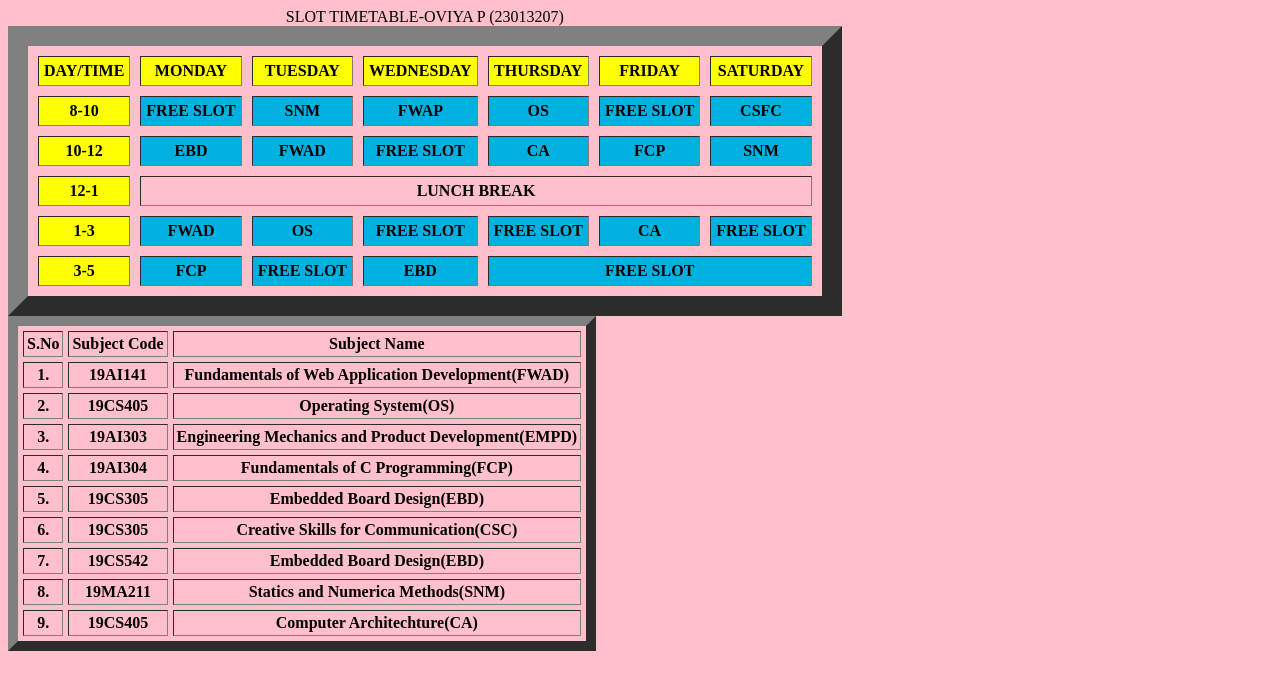
Repository: Oviya24032K6/slot
Page: oviya/static/time.html
An editor plug-in stored every save of this project. The page is shown before and after the next save, followed by the edit.
The browser window is 1280 px wide. The pictures show the whole page.

Above is the page before, as saved 2024-03-13 20:58:20.

### oviya/static/time.html
<html>
    <head>
        <title>SLOT TIMETABLE-OVIYA P (23013207)</title>
    </head>
    <body bgcolor="pink" align="center" >
    <table align="left" border="20" cellspacing="10" cellpadding="5">
    <caption>SLOT TIMETABLE-OVIYA P (23013207)</caption>
        <tr>
            <th bgcolor="yellow">DAY/TIME</th>
            <th bgcolor="yellow">MONDAY</th>
            <th bgcolor="yellow">TUESDAY</th>
            <th bgcolor="yellow">WEDNESDAY</th>
            <th bgcolor="yellow">THURSDAY</th>
            <th bgcolor="yellow">FRIDAY</th>
            <th bgcolor="yellow">SATURDAY</th>
        </tr>
        <tr>
            <th bgcolor="yellow">8-10</th>
            <th bgcolor="sky blue">FREE SLOT</th>
            <th bgcolor="sky blue">SNM</th>
            <th bgcolor="sky blue">FWAP</th>
            <th bgcolor="sky blue">OS</th>
            <th bgcolor="sky blue">FREE SLOT</th>
            <th bgcolor="sky blue">CSFC</th>
        </tr>
        <tr>
            <th bgcolor="yellow">10-12</th>
            <th bgcolor="sky blue">EBD</th>
            <th bgcolor="sky blue">FWAD</th>
            <th bgcolor="sky blue">FREE SLOT</th>
            <th bgcolor="sky blue">CA</th>
            <th bgcolor="sky blue">FCP</th>
            <th bgcolor="sky blue">SNM</th>
        </tr>
        <tr>
            <th bgcolor="yellow">12-1</th>
            <th colspan="6">LUNCH BREAK</th>
        </tr>
        <tr>
            <th bgcolor="yellow">1-3</th>
            <th bgcolor="sky blue">FWAD</th>
            <th bgcolor="sky blue">OS</th>
            <th bgcolor="sky blue">FREE SLOT</th>
            <th bgcolor="sky blue">FREE SLOT</th>
            <th bgcolor="sky blue">CA</th>
            <th bgcolor="sky blue">FREE SLOT</th>
        </tr>
        <tr>
            <th bgcolor="yellow">3-5</th>
            <th bgcolor="sky blue">FCP</th>
            <th bgcolor="sky blue">FREE SLOT</th>
            <th bgcolor="sky blue">EBD</th>
            <th bgcolor="sky blue" colspan="4">FREE SLOT</th>
        </tr>

    </table>
        <br>
        <br>
    <table align="left" border="10" cellspacing="5" cellpadding="3">
        <tr>
            <th>S.No</th>
            <th>Subject Code</th>
            <th>Subject Name</th>
        </tr>
        <tr>
            <th>1.</th>
            <th>19AI141</th>
            <th>Fundamentals of Web Application Development(FWAD)</th>
        </tr>
        <tr>
            <th>2.</th>
            <th>19CS405</th>
            <th>Operating System(OS)</th>
        </tr>
        <tr>
            <th>3.</th>
            <th>19AI303</th>
            <th>Engineering Mechanics and Product Development(EMPD)</th>
        </tr>
        <tr>
            <th>4.</th>
            <th>19AI304</th>
            <th>Fundamentals of C Programming(FCP)</th>
        </tr>
        <tr>
            <th>5.</th>
            <th>19CS305</th>
            <th>Embedded Board Design(EBD)</th>
        </tr>
        <tr>
            <th>6.</th>
            <th>19CS305</th>
            <th>Creative Skills for Communication(CSC)</th>
        </tr>
        <tr>
            <th>7.</th>
            <th>19CS542</th>
            <th>Embedded Board Design(EBD)</th>
        </tr>
        <tr>
            <th>8.</th>
            <th>19MA211</th>
            <th>Statics and Numerica Methods(SNM)</th>
        </tr>
        <tr>
            <th>9.</th>
            <th>19CS405</th>
            <th>Computer Architechture(CA)</th>
        </tr>
    </table>
</body>
</html>
</html>

After the next save:
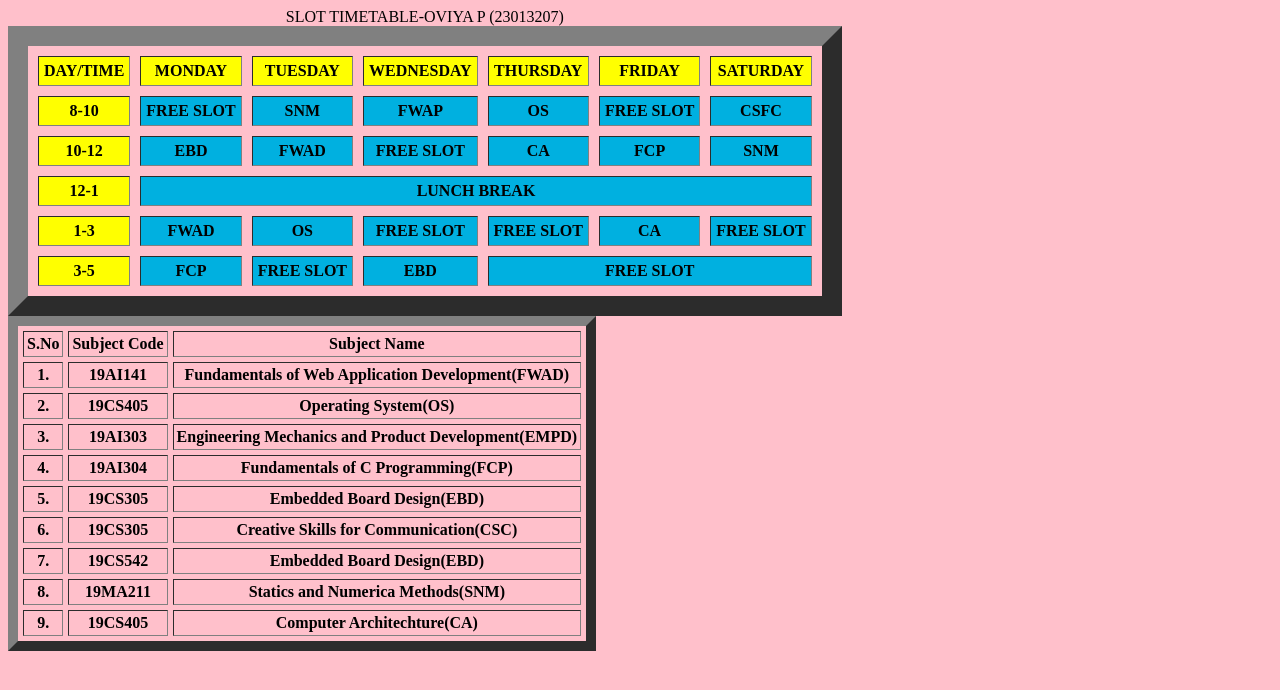
Saved 11 s later.
--- a/oviya/static/time.html
+++ b/oviya/static/time.html
@@ -34,7 +34,7 @@
         </tr>
         <tr>
             <th bgcolor="yellow">12-1</th>
-            <th colspan="6">LUNCH BREAK</th>
+            <th bgcolor="sky blue" colspan="6">LUNCH BREAK</th>
         </tr>
         <tr>
             <th bgcolor="yellow">1-3</th>
